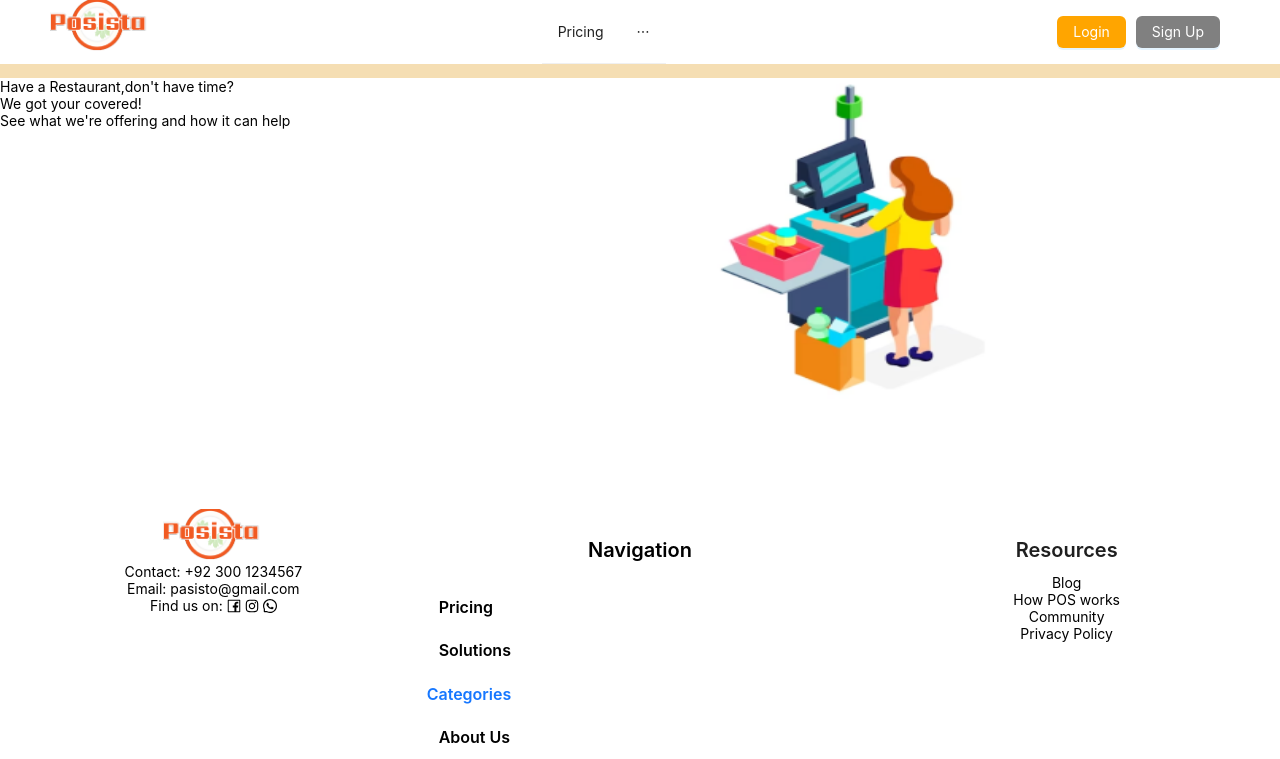
Repository: usmanarshad90/Posista
Page: / (app in test/)
These files come from the project's save history. The page is drawn as it stood at one moment and after the next save; the edit follows.
The browser window is 1280 px wide. The pictures show the whole page.
The project was rebuilt for these pictures with package versions that can differ from the ones it lists, and the page was loaded fresh each time. Also part of the build but not shown: test/src/components/Pricing/Pricing.jsx, test/src/components/Solution/Solutions.jsx, test/src/components/About/AboutUs.jsx, test/src/components/login/login.jsx, test/src/components/signup/signup.jsx.

Above is the page before, as saved 2023-11-28 14:49:41.

After the next save:
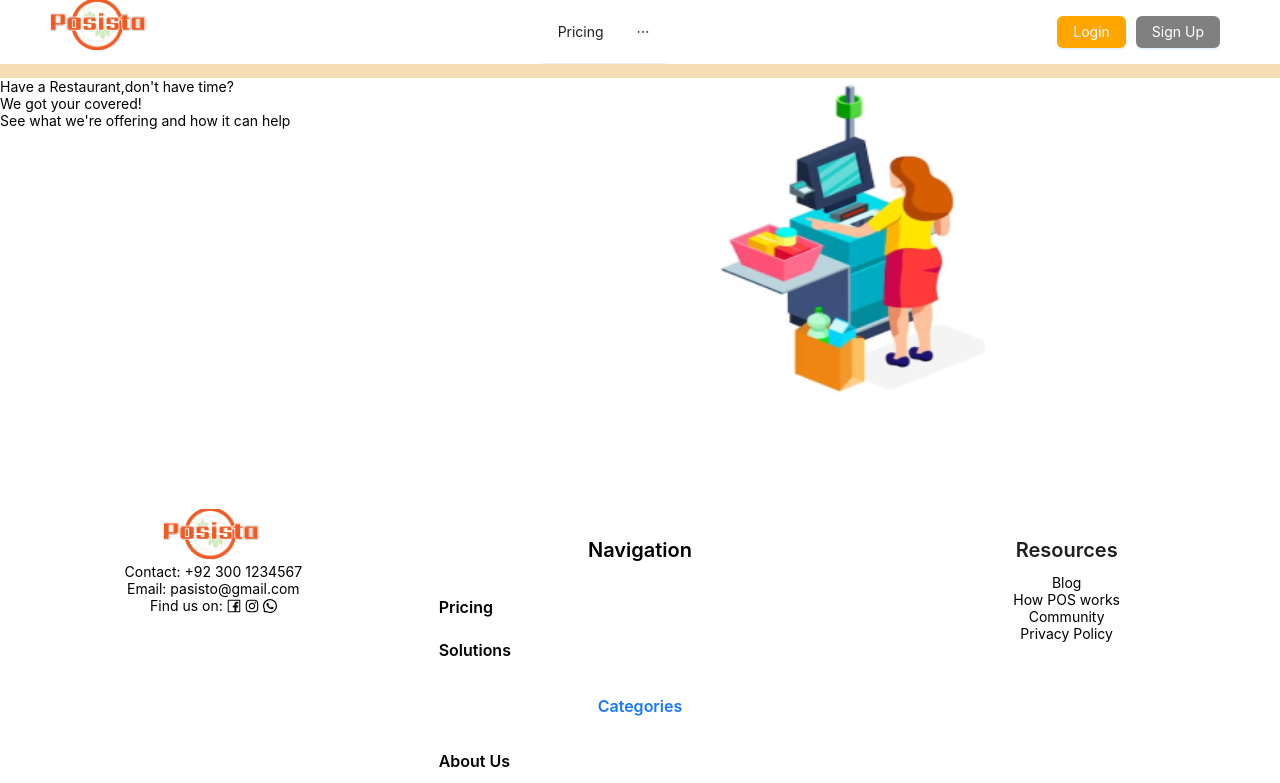
Saved 4 s later.
--- a/test/src/components/Footer/Footer.jsx
+++ b/test/src/components/Footer/Footer.jsx
@@ -38,7 +38,7 @@ const Footer = () => {
             Solutions
           </Link>
         </Typography.Title>
-        <Typography.Title level={5}>
+        <Typography.Title level={5} style={style}>
           <Link to={'/about'} >
             Categories
           </Link>
